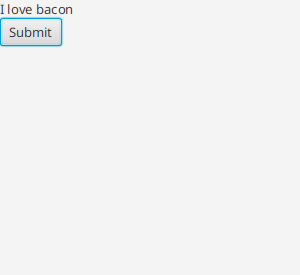
Repository: joegaBonito/JavaFX--JAVA-
Program's window: java 31,32,33 FXML/src/application/Main.java
The author's editor kept a copy of each file at every save. The program's window is drawn from the files as they stood at one save, then again after the next save.
It runs on Java 21 on a 1366 x 768 screen with JavaFX 11; the title bar is not drawn.

Above is the program's window before, as saved 2016-02-15 04:49:39.

After the next save:
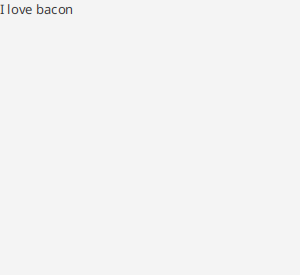
Saved 2 min 42 s later.
--- a/31,32,33 FXML/src/application/sample.fxml
+++ b/31,32,33 FXML/src/application/sample.fxml
@@ -6,6 +6,6 @@
       fx:controller="application.Controller">
 
     <Label text="I love bacon"/>
-    <Button text="Submit" fx:id="button" onAction="#handleButtonClick"/>
+    <!--  <Button text="Submit" fx:id="button" onAction="#handleButtonClick"/> -->
 
 </VBox>
